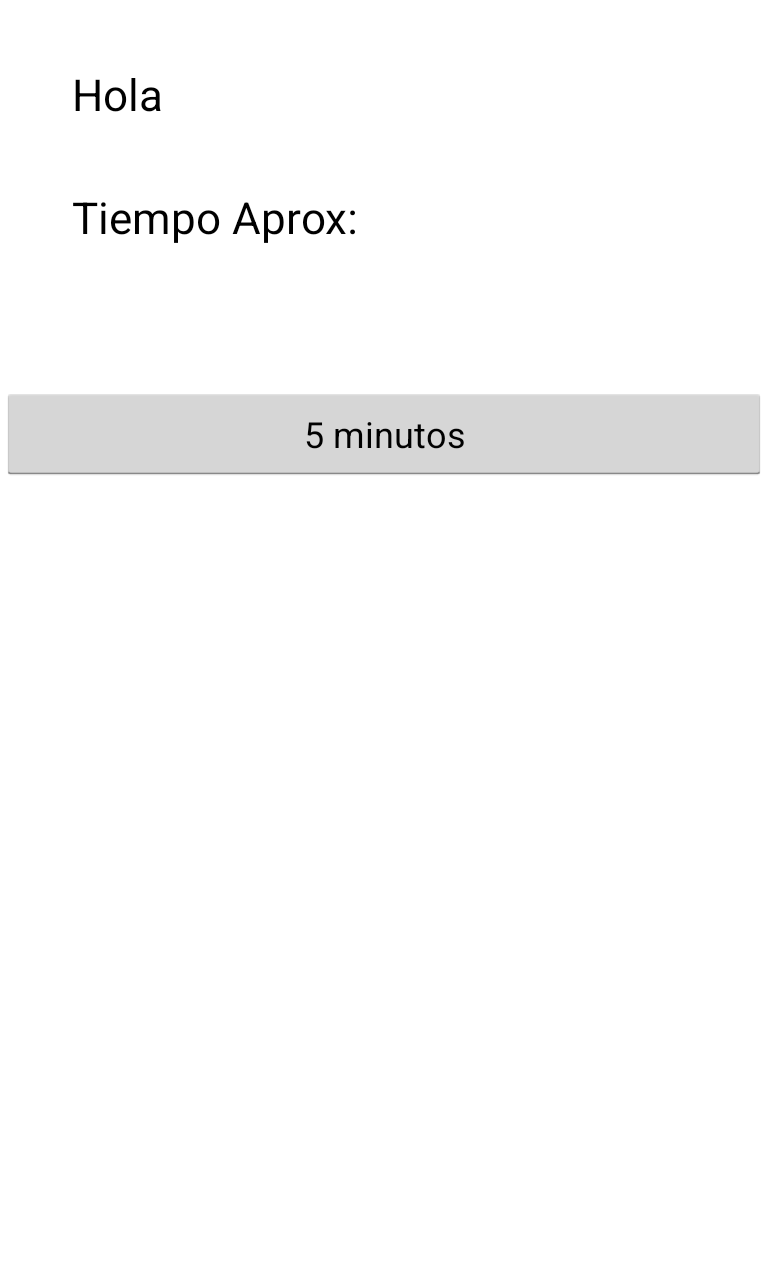
Repository: fernandohur/moviles
Layout: ClienteTaxi/res/layout/activity_confirmar_servicio.xml
These files come from the project's save history. The layout is drawn as it stood at one moment and after the next save; the edit follows.
It is drawn on a 768 x 1280 px phone screen (xhdpi) without system bars, with theme AppTheme; the app's code is not run.

Above is the layout before, as saved 2013-03-09 23:14:12.

After the next save:
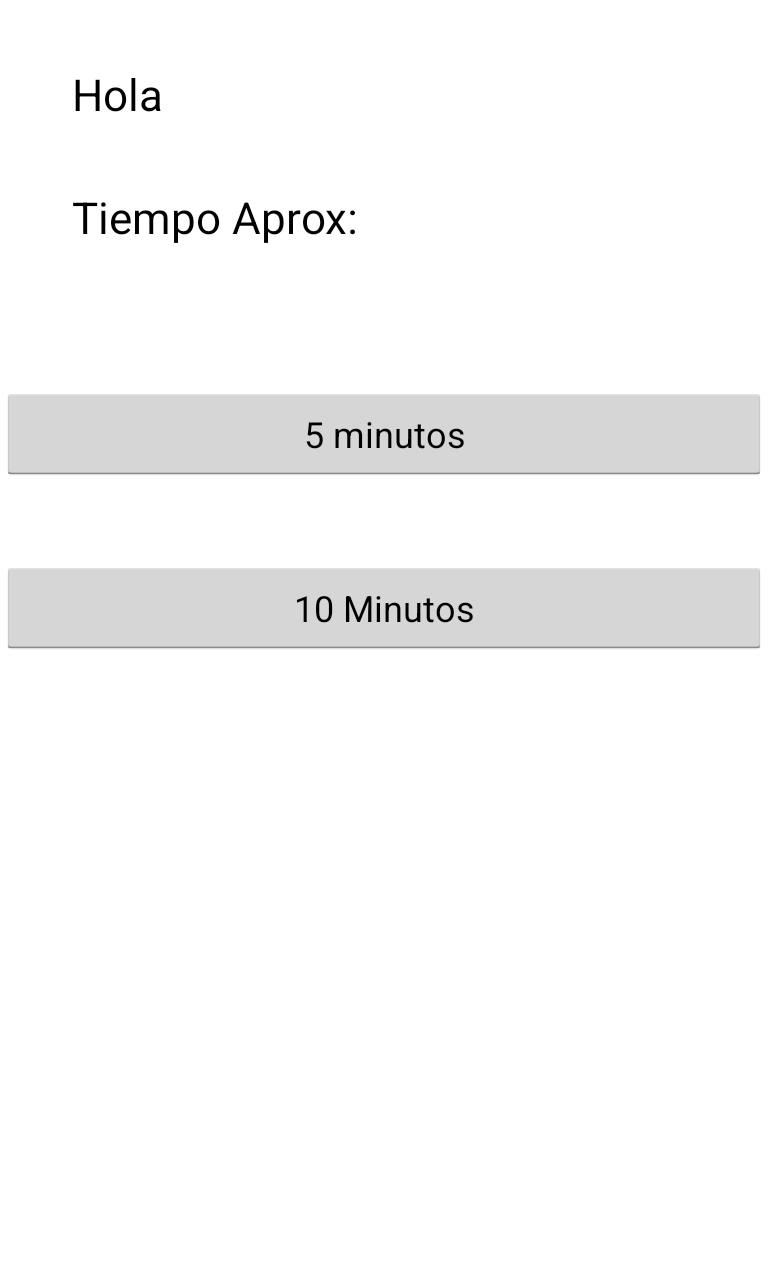
Saved 20 s later.
--- a/ClienteTaxi/res/layout/activity_confirmar_servicio.xml
+++ b/ClienteTaxi/res/layout/activity_confirmar_servicio.xml
@@ -35,4 +35,14 @@
         android:layout_marginTop="70dp"
         android:text="5 minutos" />
 
+    <Button
+        android:id="@+id/button2"
+        android:layout_width="wrap_content"
+        android:layout_height="wrap_content"
+        android:layout_alignParentLeft="true"
+        android:layout_alignParentRight="true"
+        android:layout_below="@+id/button1"
+        android:layout_marginTop="39dp"
+        android:text="10 Minutos" />
+
 </RelativeLayout>
